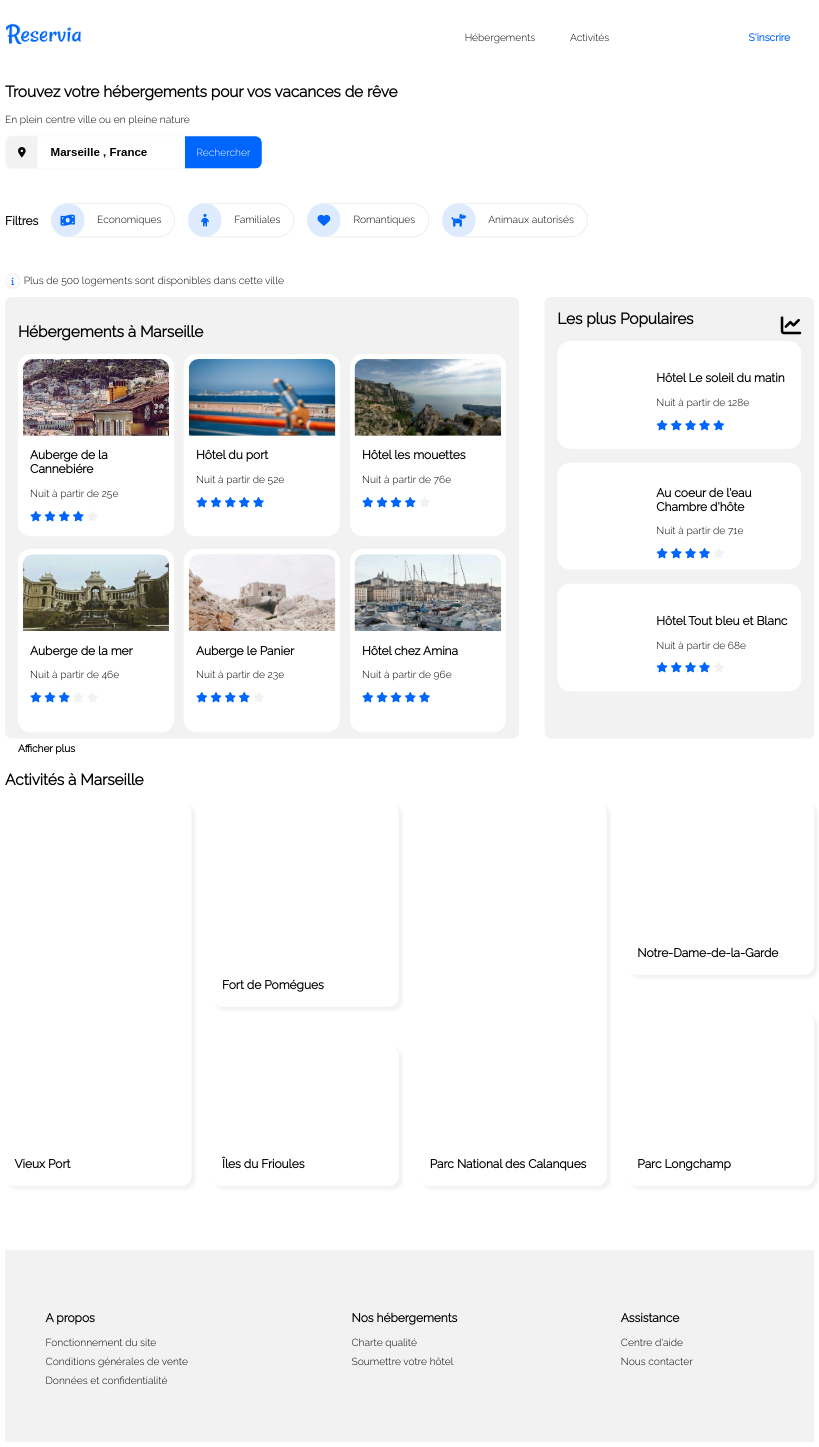
Repository: jaydeeonghub/DYLANBARBARISI_2_16062021
Page: index.html
These files come from the project's save history. The page is drawn as it stood at one moment and after the next save; the edit follows.
The browser window is 1280 px wide. The pictures show the whole page, at 64% of full size.
Some web libraries are served in a nearby version.

Above is the page before, as saved 2021-07-14 19:27:15.

### index.html
<!DOCTYPE html>
<html lang="fr">
<head>
    <script src="https://kit.fontawesome.com/864c7a6a3c.js" crossorigin="anonymous"></script>
    <link href="//netdna.bootstrapcdn.com/font-awesome/3.2.1/css/font-awesome.css" rel="stylesheet">
    <link rel="preconnect" href="https://fonts.gstatic.com">
    <link href="https://fonts.googleapis.com/css2?family=Raleway:wght@300&display=swap" rel="stylesheet">
    <link rel="stylesheet" href="./Styles.css">
        <meta charset="UTF-8">
        <meta http-equiv="X-UA-Compatible" content="IE=edge">
        <meta name="viewport" content="width=device-width, initial-scale=1.0">
    <title>Reservia</title>
</head>
<body>
  <nav class="sizeNav">
    <div class="sizeLiens flexBetween">
      <div>
        <img
          class="marglogo"
          src="./Assets/Logo/Reservia@3x.png"
          alt="Logo Reservia"
          width="120px"
          height="50px"
        />
      </div>
      <div class="sizeLien12 flexCentre">
        <div class="sizeLien flexCentre bordureNav">
          <a class="colorLien2 decorationNone" href="#hebergements"
            >Hébergements</a
          >
        </div>
        <div class="sizeLien flexCentre bordureNav">
          <a class="colorLien2 decorationNone" href="#activites">Activités</a>
        </div>
      </div>
      <div class="sizeLien flexCentre bordureNav">
        <a class="texteGras colorBleu decorationNone" href="#">S'inscrire</a>
      </div>
    </div>
  </nav>
  <header>
    <section>
      <div>
        <h1 class="texteGras">
          Trouvez votre hébergements pour vos vacances de rêve
        </h1>
        <p>En plein centre ville ou en pleine nature</p>
      </div>
      <div class="bordureSearch flexCentre">
        <div class="backGris flexCentre iconSize">
          <i class="fas fa-map-marker-alt"></i>
        </div>
        <div>
          <input
            class="recherche flexCentre bordureNone paddingSearch"
            type="search"
            value="Marseille , France"
          />
        </div>
        <div class="backBleu flexCentre buttonSearch">Rechercher</div>
      </div>
      <div class="mobileFiltreWrap filtre margFiltre">
        <div class="margFiltreTitre"><h3>Filtres</h3></div>
        <div class="flexAround">
          <div class="flexBetween filtreTexteIcons">
            <i
              class="fas fa-money-bill-wave fa-lg filtreIcons flexCentre"
            ></i>
            <div class="filtreTexte flexCentre">Economiques</div>
          </div>
          <div class="flexBetween filtreTexteIcons">
            <i class="fas fa-child fa-lg filtreIcons flexCentre"></i>
            <div class="filtreTexte flexCentre">Familiales</div>
          </div>
        </div>
        <div class="mobileFiltreWrap flexAround">
          <div class="flexBetween filtreTexteIcons">
            <i class="fas fa-heart fa-lg filtreIcons flexCentre"></i>
            <div class="filtreTexte flexCentre">Romantiques</div>
          </div>
          <div class="flexBetween filtreTexteIcons">
            <i class="fas fa-dog fa-lg filtreIcons flexCentre"></i>
            <div class="filtreTexte flexCentre">Animaux autorisés</div>
          </div>
        </div>
      </div>
      <div class="info">
        <div class="parentIcon flexCentre">
          <i class="fas fa-info fa-xs colorBleu"></i>
        </div>
        <p>Plus de 500 logements sont disponibles dans cette ville</p>
      </div>
    </section>
  </header>
  <section id="hebergements" class="flexAround">
    <div class="flexColumnAround sizeHebergements backGris blocHebergements">
      <h2>Hébergements à Marseille</h2>
      <div class="bloc1 flexBetween">
        <div class="cubeHebergements flexColumnCentre">
          <div class="imgHebergements1"></div>
          <div class="cubeDetailsHebergements">
            <h3>Auberge de la Cannebiére</h3>
            <p>Nuit à partir de 25e</p>
            <div>
              <i class="fas fa-star colorBleu"></i>
              <i class="fas fa-star colorBleu"></i>
              <i class="fas fa-star colorBleu"></i>
              <i class="fas fa-star colorBleu"></i>
              <i class="fas fa-star colorGris"></i>
            </div>
          </div>
        </div>
        <div class="cubeHebergements flexColumnCentre">
          <div class="imgHebergements2"></div>
          <div class="cubeDetailsHebergements">
            <h3>Hôtel du port</h3>
            <p>Nuit à partir de 52e</p>
            <div>
              <i class="fas fa-star colorBleu"></i>
              <i class="fas fa-star colorBleu"></i>
              <i class="fas fa-star colorBleu"></i>
              <i class="fas fa-star colorBleu"></i>
              <i class="fas fa-star colorBleu"></i>
            </div>
          </div>
        </div>
        <div class="cubeHebergements flexColumnCentre">
          <div class="imgHebergements3"></div>
          <div class="cubeDetailsHebergements">
            <h3>Hôtel les mouettes</h3>
            <p>Nuit à partir de 76e</p>
            <div>
              <i class="fas fa-star colorBleu"></i>
              <i class="fas fa-star colorBleu"></i>
              <i class="fas fa-star colorBleu"></i>
              <i class="fas fa-star colorBleu"></i>
              <i class="fas fa-star colorGris"></i>
            </div>
          </div>
        </div>
      </div>
      <div class="bloc2 flexBetween">
        <div class="cubeHebergements flexColumnCentre">
          <div class="imgHebergements4"></div>
          <div class="cubeDetailsHebergements">
            <h3>Auberge de la mer</h3>
            <p>Nuit à partir de 46e</p>
            <div>
              <i class="fas fa-star colorBleu"></i>
              <i class="fas fa-star colorBleu"></i>
              <i class="fas fa-star colorBleu"></i>
              <i class="fas fa-star colorGris"></i>
              <i class="fas fa-star colorGris"></i>
            </div>
          </div>
        </div>
        <div class="cubeHebergements flexColumnCentre">
          <div class="imgHebergements5"></div>
          <div class="cubeDetailsHebergements">
            <h3>Auberge le Panier</h3>
            <p>Nuit à partir de 23e</p>
            <div>
              <i class="fas fa-star colorBleu"></i>
              <i class="fas fa-star colorBleu"></i>
              <i class="fas fa-star colorBleu"></i>
              <i class="fas fa-star colorBleu"></i>
              <i class="fas fa-star colorGris"></i>
            </div>
          </div>
        </div>
        <div class="cubeHebergements flexColumnCentre">
          <div class="imgHebergements6"></div>
          <div class="cubeDetailsHebergements">
            <h3>Hôtel chez Amina</h3>
            <p>Nuit à partir de 96e</p>
            <div>
              <i class="fas fa-star colorBleu"></i>
              <i class="fas fa-star colorBleu"></i>
              <i class="fas fa-star colorBleu"></i>
              <i class="fas fa-star colorBleu"></i>
              <i class="fas fa-star colorBleu"></i>
            </div>
          </div>
        </div>
      </div>
      <div></div>
      <p class="texteGras">Afficher plus</p>
    </div>
    <div class="sizePopulaires blocPopulaires backGris">
      <div class="flexBetween">
        <h2 class="tabletteSizeTitrePop texteGras">Les plus Populaires</h2>
        <div><i class="fas fa-chart-line fa-2x"></i></div>
      </div>
      <div class="flexColumnAround">
        <div class="blocPopulaires12 cubePopulaires flexCentre">
          <div class="imgPopulaires1"></div>
          <div class="cubeDetailsPopulaires">
            <h3>Hôtel Le soleil du matin</h3>
            <p>Nuit à partir de 128e</p>
            <div>
              <i class="fas fa-star colorBleu"></i>
              <i class="fas fa-star colorBleu"></i>
              <i class="fas fa-star colorBleu"></i>
              <i class="fas fa-star colorBleu"></i>
              <i class="fas fa-star colorBleu"></i>
            </div>
          </div>
        </div>
        <div class="blocPopulaires12 cubePopulaires flexCentre">
          <div class="imgPopulaires2"></div>
          <div class="cubeDetailsPopulaires">
            <h3>Au coeur de l'eau Chambre d'hôte</h3>
            <p>Nuit à partir de 71e</p>
            <div>
              <i class="fas fa-star colorBleu"></i>
              <i class="fas fa-star colorBleu"></i>
              <i class="fas fa-star colorBleu"></i>
              <i class="fas fa-star colorBleu"></i>
              <i class="fas fa-star colorGris"></i>
            </div>
          </div>
        </div>
        <div class="cubePopulaires flexCentre">
          <div class="imgPopulaires3"></div>
          <div class="cubeDetailsPopulaires">
            <h3>Hôtel Tout bleu et Blanc</h3>
            <p>Nuit à partir de 68e</p>
            <div>
              <i class="fas fa-star colorBleu"></i>
              <i class="fas fa-star colorBleu"></i>
              <i class="fas fa-star colorBleu"></i>
              <i class="fas fa-star colorBleu"></i>
              <i class="fas fa-star colorGris"></i>
            </div>
          </div>
        </div>
      </div>
    </div>
  </section>
  <section id="activites" class="Activites">
    <h2>Activités à Marseille</h2>
    <div class="blocActivites flexBetween">
      <div class="cubeActivites flexColumnCentre">
        <div class="imgActivites1"></div>
        <div class="hauteurTitre titreActivites"><h3>Vieux Port</h3></div>
      </div>

      <div class="blocActivites2356 flexColumnBetween">
        <div class="cubeActivites2356 flexColumnCentre">
          <div class="imgActivites2"></div>
          <div class="hauteurTitre titreActivites">
            <h3>Fort de Pomégues</h3>
          </div>
        </div>

        <div class="cubeActivites2356 flexColumnCentre">
          <div class="imgActivites3"></div>
          <div class="hauteurTitre titreActivites">
            <h3>Îles du Frioules</h3>
          </div>
        </div>
      </div>
      <div class="cubeActivites flexColumnCentre">
        <div class="imgActivites4"></div>
        <div class="hauteurTitre titreActivites">
          <h3>Parc National des Calanques</h3>
        </div>
      </div>

      <div class="blocActivites2356 flexColumnBetween">
        <div class="cubeActivites2356 flexColumnCentre">
          <div class="imgActivites5"></div>
          <div class="hauteurTitre titreActivites">
            <h3>Notre-Dame-de-la-Garde</h3>
          </div>
        </div>

        <div class="cubeActivites2356 flexColumnCentre">
          <div class="imgActivites6"></div>
          <div class="hauteurTitre titreActivites">
            <h3>Parc Longchamp</h3>
          </div>
        </div>
      </div>
    </div>
  </section>
  <footer>
    <div class="footer backGris flexBetween">
      <div class="margeBlocFoot1 tailleBlocFoot">
        <h3>A propos</h3>
        <div class="divLienFoot">
          <a href="#" class="decorationNone lienFoot"
            >Fonctionnement du site</a
          >
        </div>
        <div class="divLienFoot">
          <a href="#" class="decorationNone lienFoot"
            >Conditions générales de vente</a
          >
        </div>
        <div class="divLienFoot">
          <a href="#" class="decorationNone lienFoot"
            >Données et confidentialité</a
          >
        </div>
      </div>
      <div class="tailleBlocFoot">
        <h3>Nos hébergements</h3>
        <div class="divLienFoot">
          <a href="#" class="decorationNone lienFoot">Charte qualité</a>
        </div>
        <div class="divLienFoot">
          <a href="#" class="decorationNone lienFoot"
            >Soumettre votre hôtel</a
          >
        </div>
      </div>
      <div class="margeBlocFoot3 tailleBlocFoot">
        <h3>Assistance</h3>
        <div class="divLienFoot">
          <a href="#" class="decorationNone lienFoot">Centre d'aide</a>
        </div>
        <div class="divLienFoot">
          <a href="#" class="decorationNone lienFoot">Nous contacter</a>
        </div>
      </div>
    </div>
  </footer>
</body>
</html>

### Styles.css
html,
body {
  font-family: Raleway, Arial, Helvetica, sans-serif;
}
.flexCentre {
  display: flex;
  justify-content: center;
  align-items: center;
}
.flexAround {
  display: flex;
  justify-content: space-around;
  align-items: center;
}
.flexBetween {
  display: flex;
  justify-content: space-between;
  align-items: center;
}
.flexColumnCentre {
  display: flex;
  flex-direction: column;
  justify-content: center;
  align-items: center;
}
.flexColumnAround {
  display: flex;
  flex-direction: column;
  justify-content: space-around;
}
.flexColumnBetween {
  display: flex;
  flex-direction: column;
  justify-content: space-between;
}
.decorationNone {
  text-decoration: none;
}
.bordureNone {
  border: none;
}
.texteGras {
  font-weight: bold;
}
.colorBleu {
  color: #0065fc;
}
.colorBleuClair {
  color: #deebff;
}
.colorGris {
  color: #f2f2f2;
}
.backBleu {
  background-color: #0065fc;
}
.backBleuClair {
  background-color: #deebff;
}
.backGris {
  background-color: #f2f2f2;
}
/* NAV */
.sizeNav {
  height: 100px;
}
.sizeLiens {
  width: 100%;
}
.sizeLien12 {
  margin-left: 60%;
}
.sizeLien {
  width: 140px;
  height: 99px;
}
.colorLien2 {
  color: black;
}
.bordureNav {
  border-top: 1px solid transparent;
}
.bordureNav:hover {
  border-top: 1px solid #0065fc;
  cursor: pointer;
}
.bordureNav:hover > a {
  color: #0065fc;
}
.marglogo {
  margin-bottom: 7px;
}
/*HEADER*/
.bordureSearch {
  width: 400px;
  border-radius: 10px;
  border: 0.5px solid #f2f2f2;
}
.paddingSearch {
  padding-left: 20px;
}
.recherche {
  height: 50px;
  width: 230px;
  font-size: 18px;
  color: black;
  font-weight: bold;
}
.iconSize {
  height: 50px;
  width: 50px;
  border-radius: 10px 0 0 10px;
}
.buttonSearch {
  height: 50px;
  width: 120px;
  color: white;
  cursor: pointer;
  border-radius: 0 10px 10px 0;
}
.buttonSearch:hover {
  color: #0065fc;
  background-color: #f2f2f2;
}
/* Filtres */
.margFiltre {
  margin-top: 50px;
  margin-bottom: 40px;
}
.filtre {
  display: flex;
  align-items: center;
}
.margFiltreTitre {
  margin-right: 20px;
}
.filtreTexteIcons {
  border: 2px solid #f2f2f2;
  height: 50px;
  border-radius: 30px;
  margin-right: 20px;
}

.filtreTexteIcons:hover > .filtreTexte {
  color: #0065fc;
}
.filtreTexteIcons:hover > .filtreIcons {
  color: white;
  background-color: #0065fc;
}
.filtreTexte {
  height: 50px;
  padding-left: 20px;
  padding-right: 20px;
  border-radius: 0 25px 25px 0;
}

.filtreIcons {
  margin-left: -2px;
  border-radius: 25px;
  width: 52px;
  height: 52px;
  color: #0065fc;
  background-color: #deebff;
}
/* INFO ICONE */
.info {
  display: flex;
  align-items: center;
}
.parentIcon {
  width: 20px;
  height: 20px;
  border: 2px solid #f2f2f2;
  border-radius: 25px;
  margin-right: 5px;
}
/* HEBERGEMENTS */
.sizeHebergements {
  flex: 2;
  height: 650px;
  margin-right: 20px;
  border-radius: 10px;
}
.sizePopulaires {
  flex: 1;
  height: 650px;
  margin-left: 20px;
  border-radius: 10px;
}
.blocHebergements {
  padding-left: 20px;
  padding-right: 20px;
}
.bloc1 {
  margin-bottom: 10px;
}
.bloc2 {
  margin-top: 10px;
}
.cubeHebergements {
  width: 30%;
  height: auto;
  background-color: white;
  padding: 1%;
  border-radius: 20px;
}
.cubeHebergements:hover {
  cursor: pointer;
  transform: scale(1.1);
}
.cubeDetailsHebergements {
  width: 90%;
}
.imgHebergements1 {
  background-image: url("./Assets/Images/4_small/florian-wehde-xW9e8gdotxI-unsplash.jpg");
  background-position: center;
  width: 100%;
  height: 120px;
  border-radius: 15px 15px 0 0;
}
.imgHebergements2 {
  background-image: url("./Assets/Images/4_small/kevin-hikari-rV_Qd1l-VXg-unsplash.jpg");
  background-size: cover;
  background-position: center;
  width: 100%;
  height: 120px;
  border-radius: 15px 15px 0 0;
}
.imgHebergements3 {
  background-image: url("./Assets/Images/4_small/kilyan-sockalingum-NR8-cBCN3aI-unsplash.jpg");
  background-size: cover;
  background-position: center;
  width: 100%;
  height: 120px;
  border-radius: 15px 15px 0 0;
}
.imgHebergements4 {
  background-image: url("./Assets/Images/4_small/lena-paulin-wH2-EJoDcV0-unsplash.jpg");
  background-size: cover;
  background-position: center;
  width: 100%;
  height: 120px;
  border-radius: 15px 15px 0 0;
}
.imgHebergements5 {
  background-image: url("./Assets/Images/4_small/paul-hermann-QFTrLdQIRhI-unsplash.jpg");
  background-size: cover;
  background-position: center;
  width: 100%;
  height: 120px;
  border-radius: 15px 15px 0 0;
}
.imgHebergements6 {
  background-image: url("./Assets/Images/4_small/reno-laithienne-QUgJhdY5Fyk-unsplash.jpg");
  background-size: cover;
  background-position: center;
  width: 100%;
  height: 120px;
  border-radius: 15px 15px 0 0;
}
/* Populaires */

.blocPopulaires {
  padding-left: 20px;
  padding-right: 20px;
}
.blocPopulaires12 {
  margin-bottom: 22px;
}
.cubePopulaires {
  background-color: white;
  height: auto;
  padding: 1% 0 1% 1%;
  border-radius: 20px;
}
.cubePopulaires:hover {
  cursor: pointer;
  transform: scale(1.05);
}
.cubeDetailsPopulaires {
  width: 60%;
  padding-left: 5%;
}
.imgPopulaires1 {
  background-image: url("");
  background-size: cover;
  background-position: center;
  width: 35%;
  height: 160px;
  border-radius: 15px 0 0 15px;
}
.imgPopulaires2 {
  background-image: url("");
  background-size: cover;
  background-position: center;
  width: 35%;
  height: 160px;
  border-radius: 15px 0 0 15px;
}
.imgPopulaires3 {
  background-image: url("");
  background-size: cover;
  background-position: center;
  width: 35%;
  height: 160px;
  border-radius: 15px 0 0 15px;
}
/* Activites */
.Activites {
  margin-top: 50px;
  margin-bottom: 50px;
}
.blocActivites {
  width: 100%;
  height: 600px;
}
.blocActivites2356 {
  width: 23%;
  height: 600px;
}
/* reglage bloc */
.cubeActivites {
  width: 23%;
  border-radius: 15px;
  box-shadow: 5px 5px 5px 1px #f2f2f2;
}
.cubeActivites:hover {
  cursor: pointer;
  transform: scale(1.03);
}
.cubeActivites2356 {
  width: 100%;
  border-radius: 15px;
  box-shadow: 5px 5px 5px 1px #f2f2f2;
}
.cubeActivites2356:hover {
  cursor: pointer;
  transform: scale(1.03);
}
/* fin reglage bloc */
.hauteurTitre {
  height: 70px;
}
.titreActivites {
  display: flex;
  justify-content: flex-start;
  align-items: center;
  padding-left: 5%;
  width: 95%;
}
.imgActivites1 {
  background-image: url("");
  background-size: cover;
  background-position: center;
  width: 100%;
  height: 530px;
  border-radius: 15px 15px 0 0;
}
.imgActivites2 {
  background-image: url("");
  background-size: cover;
  background-position: center;
  width: 100%;
  height: 250px;
  border-radius: 15px 15px 0 0;
}
.imgActivites3 {
  background-image: url("");
  background-size: cover;
  background-position: center;
  width: 100%;
  height: 150px;
  border-radius: 15px 15px 0 0;
}
.imgActivites4 {
  background-image: url("");
  background-size: cover;
  background-position: center;
  width: 100%;
  height: 530px;
  border-radius: 15px 15px 0 0;
}
.imgActivites5 {
  background-image: url("");
  background-size: cover;
  background-position: center;
  width: 100%;
  height: 200px;
  border-radius: 15px 15px 0 0;
}
.imgActivites6 {
  background-image: url("");
  background-size: cover;
  background-position: center;
  width: 100%;
  height: 200px;
  border-radius: 15px 15px 0 0;
}
/* footer */
.footer {
  height: 300px;
  margin-top: 100px;
}
.tailleBlocFoot {
  height: 150px;
}
.margeBlocFoot1 {
  margin-left: 5%;
}
.margeBlocFoot3 {
  margin-right: 15%;
}
.lienFoot {
  color: black;
}
.divLienFoot {
  height: 30px;
}
/* responsive */

@media screen and (max-width: 1295px) {
  .sizeLien12 {
    margin-left: 35%;
  }
  .cubeDetailsHebergements {
    min-height: 150px;
  }
  .sizeHebergements {
    min-height: auto;
    padding: 20px;
  }
  .sizePopulaires {
    min-height: auto;
    padding: 20px;
  }
  .tabletteSizeTitrePop {
    margin-top: 0;
  }
}
@media screen and (max-width: 990px) {
  .mobileFiltreWrap {
    flex-direction: column;
    align-items: flex-start;
  }
  .filtreTexteIcons {
    margin-bottom: 20px;
  }
  #hebergements {
    flex-direction: column-reverse;
    width: 100%;
  }
  .blocPopulaires {
    flex: none;
    width: 90%;
    margin-left: 0;
    padding: 5%;
  }
  .blocHebergements {
    flex: none;
    width: 90%;
    margin-right: 0;
    margin-top: 50px;
    padding: 5%;
  }
}

After the next save:
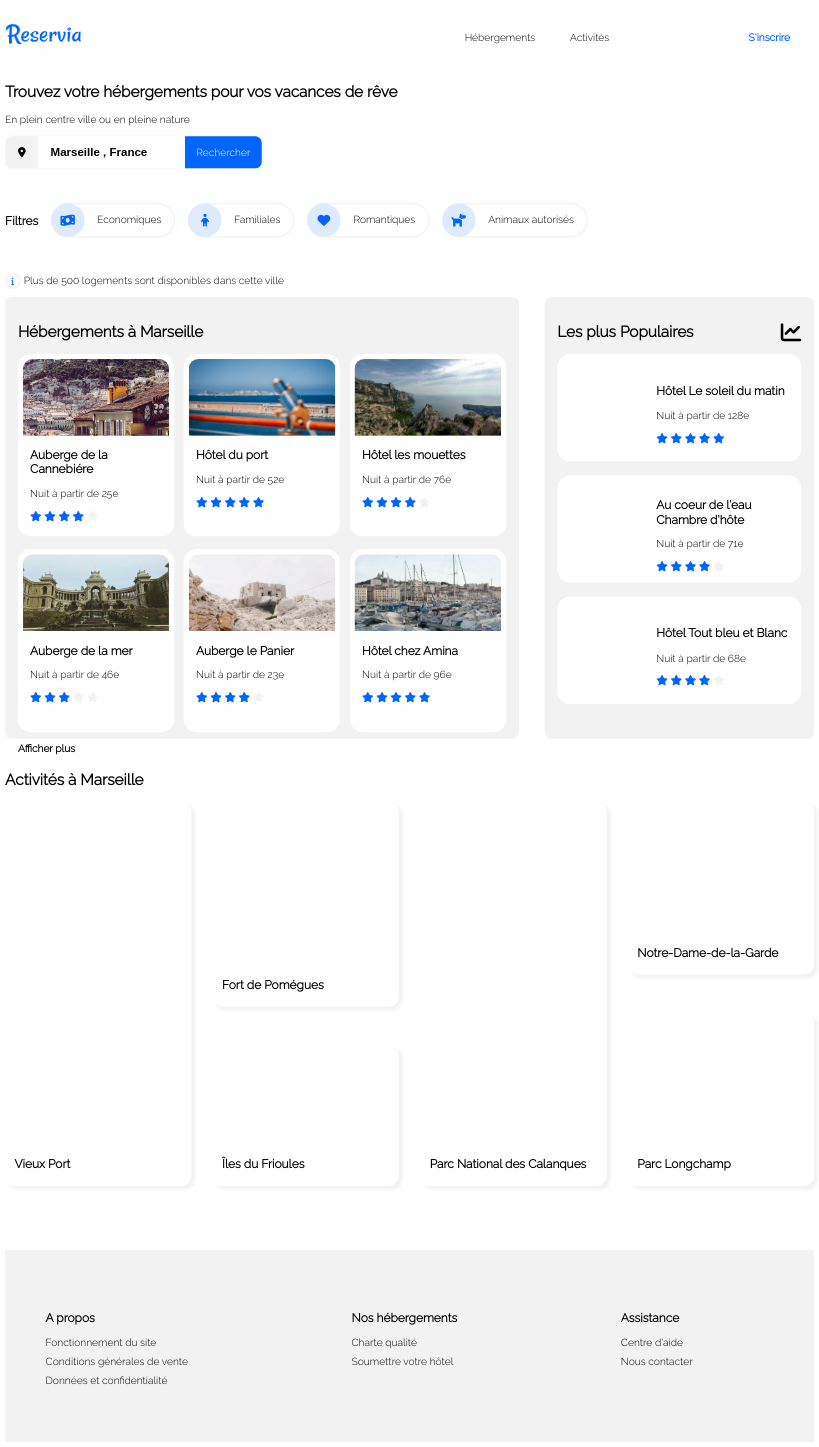
Saved 88 s later.
--- a/index.html
+++ b/index.html
@@ -188,7 +188,7 @@
     </div>
     <div class="sizePopulaires blocPopulaires backGris">
       <div class="flexBetween">
-        <h2 class="tabletteSizeTitrePop texteGras">Les plus Populaires</h2>
+        <h2 class="texteGras">Les plus Populaires</h2>
         <div><i class="fas fa-chart-line fa-2x"></i></div>
       </div>
       <div class="flexColumnAround">
